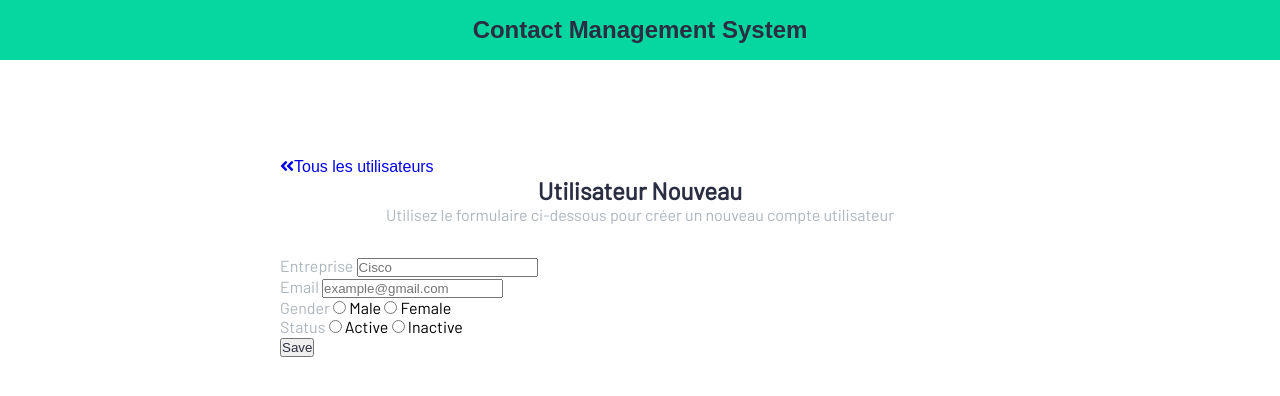
Repository: mohamed-makrani/Global_Development_Service_DBMS
Page: DBMS/views/add_user.html
The author's editor kept a copy of each file at every save. The page is drawn from the files as they stood at one save, then again after the next save.
The browser window is 1280 px wide. The pictures show the whole page.
Some web fonts or font styles are not loaded; a fallback is used.

Above is the page before, as saved 2024-04-22 19:04:48.

After the next save:
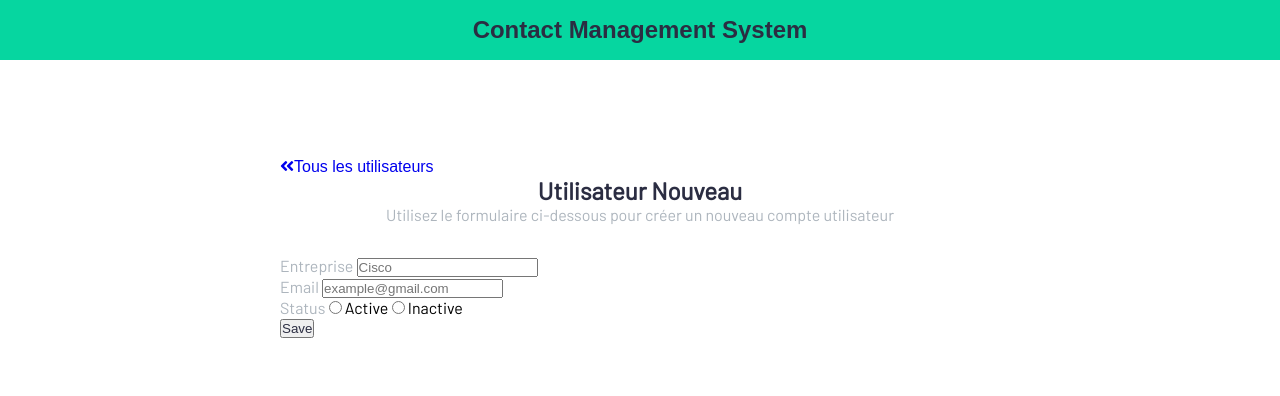
Saved 31 s later.
--- a/DBMS/views/add_user.html
+++ b/DBMS/views/add_user.html
@@ -48,17 +48,7 @@
                             <label for="Email" class="text-light">Email</label>
                             <input type="text" name="email" value="" placeholder="example@gmail.com">
                         </div>
-                        <div class="form-group">
-                            <label for="gender" class="text-light">Gender</label>
-                            <div class="radio inline">
-                                <input type="radio" id="radio-2" name="gender" value="Male" >
-                                <label for="radio-2" class="radio-label">Male</label>
-                            </div>
-                            <div class="radio inline">
-                                <input type="radio" id="radio-3" name="gender" value="Female" >
-                                <label for="radio-3" class="radio-label">Female</label>
-                            </div>
-                        </div>
+
 
                         <div class="form-group">
                             <label for="gender" class="text-light">Status</label>
